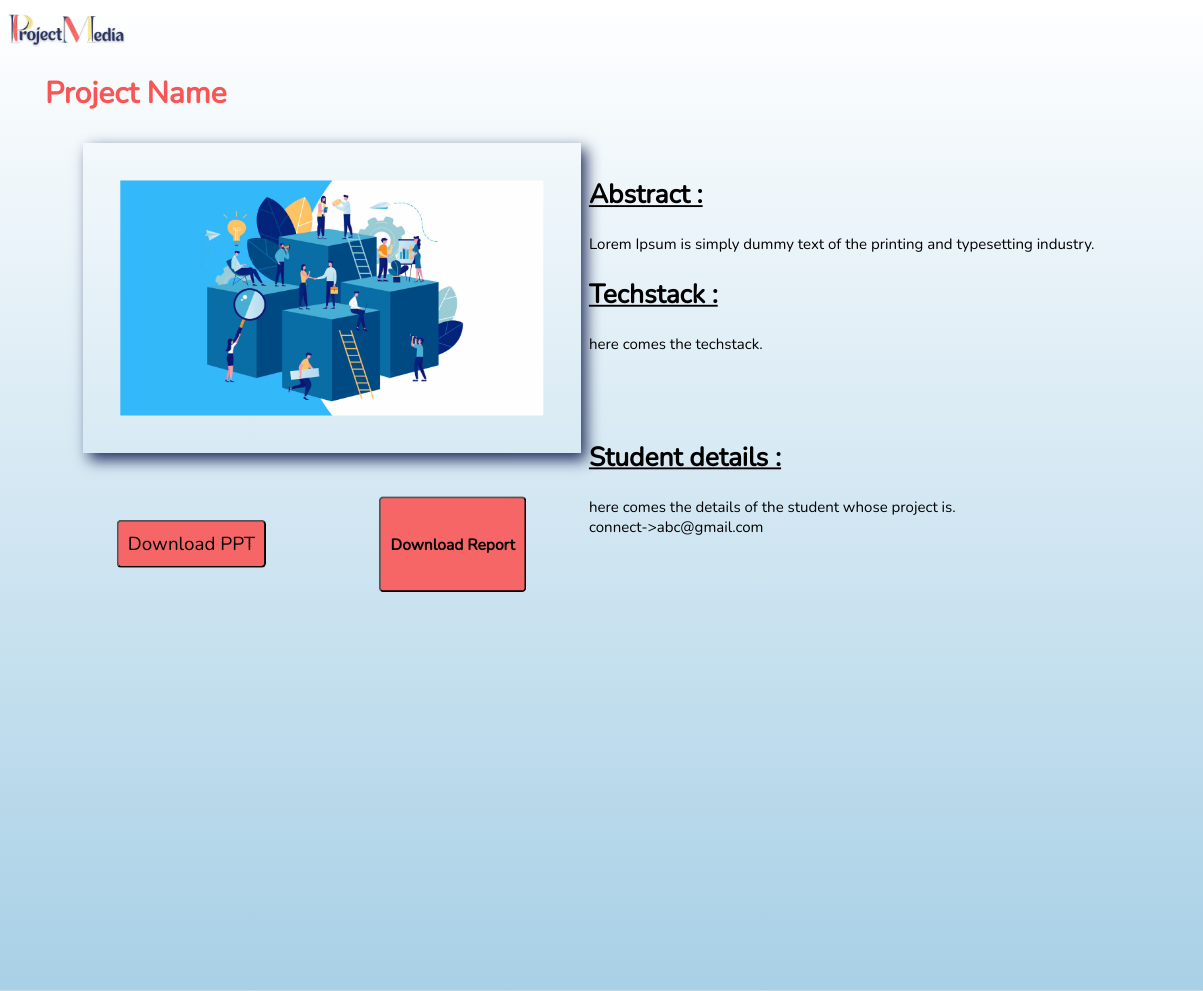
Repository: Sanskriti002/Projectpage
Page: index.html
These files come from the project's save history. The page is drawn as it stood at one moment and after a run of saves; the edit follows.
The browser window is 1280 px wide. The pictures show the whole page, at 94% of full size.

Above is the page before, as saved 2023-09-21 11:57:20.

### index.html
<!DOCTYPE html>
<html lang="en">
<head>
    <meta charset="UTF-8">
    <meta name="viewport" content="width=device-width, initial-scale=1.0">
    <title>Projects</title>
    <link rel="preconnect" href="https://fonts.googleapis.com">
<link rel="preconnect" href="https://fonts.gstatic.com" crossorigin>
<link href="https://fonts.googleapis.com/css2?family=Montserrat:wght@300;400;900&family=Nunito&family=Ubuntu&display=swap" rel="stylesheet">
<link rel="stylesheet" href="style.css">
</head>
<body>
    <div>
        <img src="logoss.png" alt="logos">
    </div>
    <div>
        <h1>Project Name</h1>
    </div>
    <section class="project">
        <img src="project.jpg" alt="projectimage">
    </section>
    <section>
        <button type="button" class="btn" onclick="alert('Downloaded')"> Download PPT</h4></button>
        <button type="button" class="btn" onclick="alert('Downloaded')"><h5>Download Report</h5></button>
    </section>
    <section class="content">
        <h2><u>Abstract :</u></h2></h2>
        <p>Lorem Ipsum is simply dummy text of the printing and typesetting industry.
            </p>
        <h2><u>Techstack :</u></h2>
        <p>here comes the techstack.<br>
        <br><br><br>
    </p>
        <h2><u>Student details :</u></h2>
        <p>here comes the details of the student whose project is.<br>
            connect->abc@gmail.com
        </p>


    </section>

</body>
</html>

### style.css
*{
    font-family: 'Nunito', sans-serif;

}
body{
    background:linear-gradient(white,#a8d0e6) ;
}
img {

    margin:0px;
    padding:0px;
    width:10%;
}
h1 {
    margin-left:40px;
    color:#f85656;
    font-size:32px;
}
.project img {
    width:450px;
    height:250px;
    padding: 40px;
    box-shadow: 7px 7px  15px  #24305e;
    margin-left:80px;
    margin-top: 10px;
    display:inline-flex;



}

.btn {
    background-color:#f66666;
    border-radius: 5px;
    color:black;
    text-align: center;
    text-decoration:none;
    display:inline-block;
    font-size:20px;
    padding: 10px;
    margin-left: 116px;
    margin-top: 40px;
    cursor:pointer;

}

.btn:hover {

}

.content {
    float:right;
    text-align: left;
    transform:translate(-20%,-110%);

}

.content h2{
    font-size: 28px;
}
.student {
    float:right;
}

After the next 2 saves:
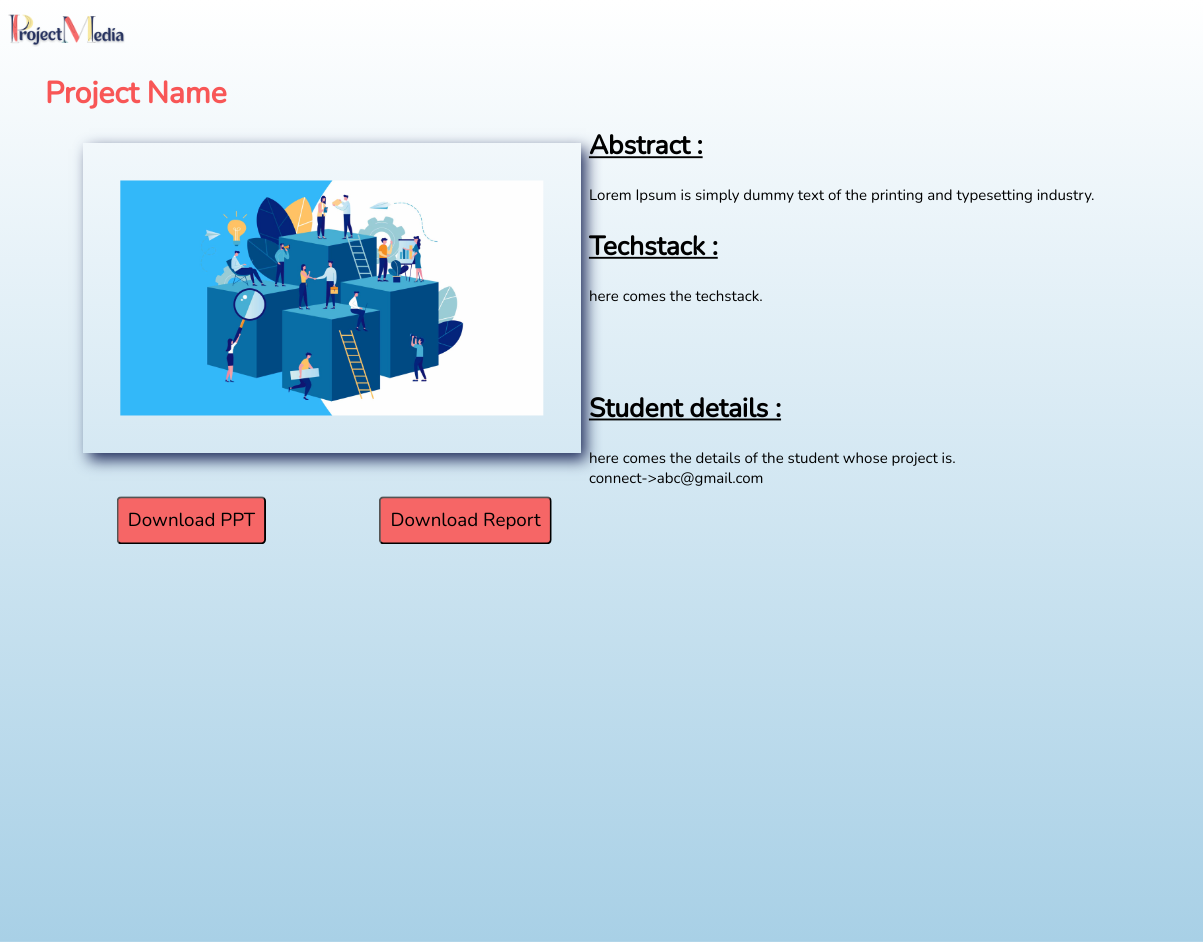
The 2 saves are shown as one change because they came seconds apart.
The last was saved 13 s later.
--- a/index.html
+++ b/index.html
@@ -20,8 +20,8 @@
         <img src="project.jpg" alt="projectimage">
     </section>
     <section>
-        <button type="button" class="btn" onclick="alert('Downloaded')"> Download PPT</h4></button>
-        <button type="button" class="btn" onclick="alert('Downloaded')"><h5>Download Report</h5></button>
+        <button type="button" class="btn" onclick="alert('Downloaded')">Download PPT</button>
+        <button type="button" class="btn" onclick="alert('Downloaded')">Download Report</button>
     </section>
     <section class="content">
         <h2><u>Abstract :</u></h2></h2>
